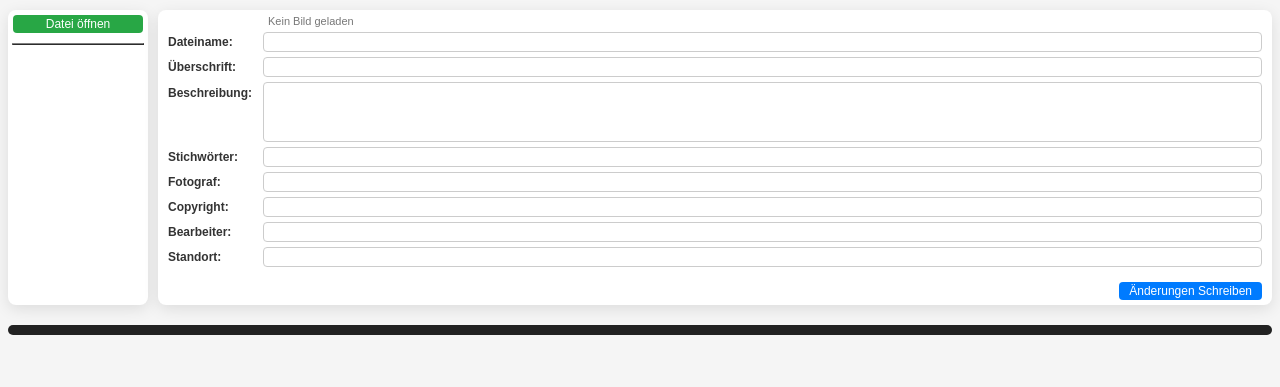
Repository: h-fahle/metadata
Page: ui/index.html
The author's editor kept a copy of each file at every save. The page is drawn from the files as they stood at one save, then again after the next save.
The browser window is 1280 px wide. The pictures show the whole page.

Above is the page before, as saved 2026-08-17 11:21:57.

After the next save:
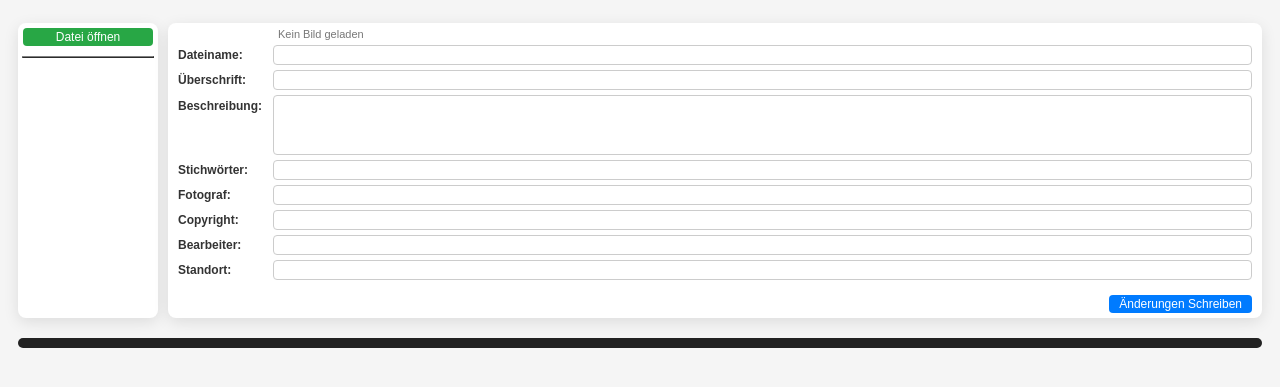
Saved 16 s later.
--- a/ui/style.css
+++ b/ui/style.css
@@ -1,7 +1,7 @@
 body {
 	font-family: sans-serif;
 	font-size:12px;
-	padding: 5 10px;
+	padding: 5px 10px;
 	background: #f5f5f5;
 }
 
